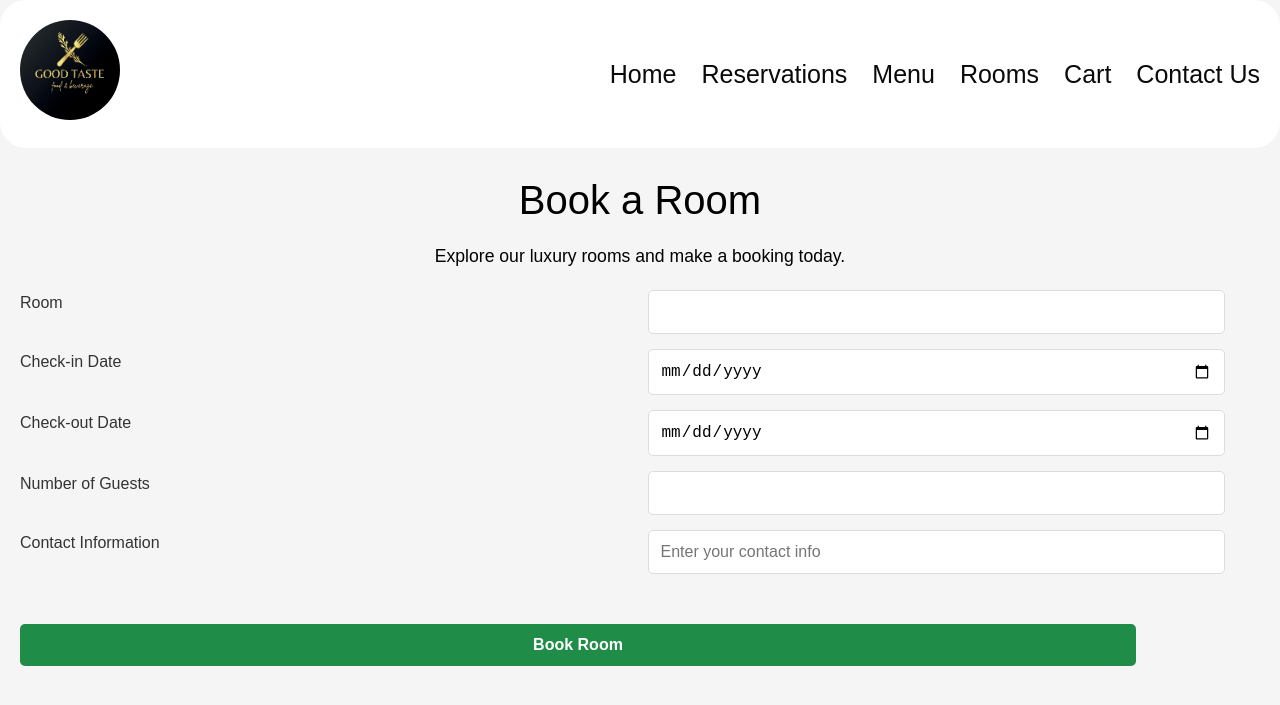
Repository: malingubarnice/Online-Reservation-System
Page: seperate_room.html
The author's editor kept a copy of each file at every save. The page is drawn from the files as they stood at one save, then again after the next save.
The browser window is 1280 px wide. The pictures show the whole page.

Above is the page before, as saved 2025-04-03 19:07:29.
Console error: TypeError: Cannot read properties of null (reading 'addEventListener')

### seperate_room.html
<!DOCTYPE html>
<html lang="en">
<head>
    <meta charset="UTF-8">
    <meta name="viewport" content="width=device-width, initial-scale=1.0">
    <title>Book a Room</title>
    <link rel="stylesheet" href="styles.css"> <!-- Link your existing CSS -->
</head>
<body>
    <!-- Navigation Bar -->
  <header>
    <div class="logo">
      <img src="assets/logo.jpg" alt="Copper Ivy Logo">
    </div>
    <nav class="navbar">
      <ul>
        <li><a href="index.html" class="home-link">Home</a></li>
        <li><a href="index.html" class="reservation-link">Reservations</a></li>
        <li><a href="#menu">Menu</a></li>
        <li><a href="#rooms">Rooms</a></li>
        <li><a href="#cart">Cart</a></li>
        <li><a href="#contact">Contact Us</a></li>
      </ul>
    </nav>
  </header>







    <!-- Rooms Section -->
    <section id="rooms">
        <h1>Book a Room</h1>
        <p>Explore our luxury rooms and make a booking today.</p>

        <div class="room-list">
            <!-- Room cards dynamically loaded -->
        </div>

        <!-- Booking Form -->
        <div class="reservation-form">
            <form action="send_room.php" method="post">
                <!-- Hidden input for room ID -->
                <input type="hidden" id="room_id" name="room_id">

                <label for="room-selection">Room</label>
                <input type="text" id="room-selection" name="room_name" readonly>

                <label for="check-in-date">Check-in Date</label>
                <input type="date" id="check-in-date" name="check_in_date" required>

                <label for="check-out-date">Check-out Date</label>
                <input type="date" id="check-out-date" name="check_out_date" required>

                <label for="guest-count">Number of Guests</label>
                <input type="number" id="guest-count" name="guest_count" min="1" required>

                <label for="contact-info">Contact Information</label>
                <input type="text" id="contact-info" name="contact-info" placeholder="Enter your contact info" required>

                <p id="price-display"></p>
                <input type="hidden" id="price" name="price">

                <button type="submit" class="reserve-btn">Book Room</button>
            </form>
        </div>
    </section>

    <script>
        document.addEventListener("DOMContentLoaded", function () {
            let today = new Date().toISOString().split("T")[0];

            // Set min date for reservations
            document.getElementById("check-in-date").setAttribute("min", today);

            // Update checkout date when check-in date is selected
            document.getElementById("check-in-date").addEventListener("change", function () {
                let checkInDate = this.value;
                document.getElementById("check-out-date").setAttribute("min", checkInDate);
            });
        });
    </script>

    <script src="roomjs.js"></script>

</body>
</html>

### styles.css
/* General Reset */
body, h1, h2, p, ul, li, a, button {
    margin: 0;
    padding: 0;
    box-sizing: border-box;
}

/* Body and Layout */
body {
    font-family: 'Arial', sans-serif;
    line-height: 1.6;
    background-color: #f5f5f5;
    color: #333;
}

/* Header */
header {
    display: flex;
    justify-content: space-between;
    align-items: center;
    padding: 20px;
    background: white;
    color: #fff;
    border-bottom: 2px solid #c4ccd4;
    border-radius: 26px;
    border-style: none;
}

header .logo img {
    height: 100px;
    border-radius: 50px;
}

header nav ul {
    display: flex;
    list-style: none;
}

header nav ul li {
    margin-left: 25px;
}

header nav ul li a {
    color: rgb(10, 10, 10);
    text-decoration: none;
    font-size: 25px;
    font-weight: 500;
    transition: color 0.3s;
}

header nav ul li a:hover {
    color: #eb2630;
}




/* Container for Features Section */
.features {
    display: flex;
    justify-content: flex-start;
    align-items: flex-start;
    flex-direction: row;  /* This will place the features next to each other */
    gap: 20px;  /* Adds space between each feature box */
    margin-left: 20px;  /* Adjust the space from the left */
  }

  /* Individual Feature Box */
  .feature {
    background-color: #fff;
    padding: 20px;
    margin-bottom: 15px;
    margin-top: 15px;
    box-shadow: 0 4px 8px rgba(0, 0, 0, 0.1);
    border-radius: 10px;
    flex: 1;  /* Makes each feature box take equal width */
  }

  /* Feature Header */
  .feature h2 {
    font-size: 22px;
    margin-bottom: 10px;
  }

  /* Feature Description */
  .feature p {
    font-size: 16px;
    color: white;
  }

  /* Optional: Adjusting feature links */
  .feature a {
    display: inline-block;
    background-color: #15ad4d;
    color: #fff;
    padding: 10px 20px;
    border-radius: 5px;
    text-decoration: none;
    transition: background-color 0.3s;
  }

  .feature a:hover {
    background-color: #1dd168;
  }




/* Reservations Section */
#reservations {
    padding: 50px 20px;
    background: #fff;
    margin: 20px auto;
    max-width: 900px;
    box-shadow: 0 8px 16px rgba(0, 0, 0, 0.1);
    border-radius: 10px;
}

#reservations h1 {
    font-size: 32px;
    margin-bottom: 20px;
    text-align: center;
    color: #2c3e50;
}

.reservation-form form {
    display: grid;
    grid-template-columns: 1fr 1fr;
    gap: 15px;
    margin-bottom: 30px;
}

.reservation-form label {
    font-size: 16px;
    color: #333;
}

.reservation-form input,
.reservation-form textarea,
.reserve-btn {
    padding: 12px;
    border: 1px solid #ddd;
    border-radius: 5px;
    font-size: 16px;
    transition: border-color 0.3s;
    width: 90%;
}

.reservation-form input:focus,
.reservation-form textarea:focus {
    border-color: #27ae60;
}

.reserve-btn {
    background-color: #1f8c47;
    color: #fff;
    font-weight: bold;
    cursor: pointer;
    border: none;
    transition: background-color 0.3s;
    grid-column: span 2;
}

.reserve-btn:hover {
    background-color: #10e669;
}

/* Table Layout */
.table-layout {
    margin-top: 20px;
    text-align: center;
}

.tables {
    display: grid;
    grid-template-columns: repeat(auto-fill, minmax(100px, 1fr));
    gap: 20px;
}

.tables .table {
    background-color: #ddd;
    padding: 20px;
    text-align: center;
    font-size: 18px;
    border-radius: 8px;
    cursor: pointer;
    transition: transform 0.3s, background-color 0.3s;
}

.tables .table:hover {
    transform: scale(1.1);
    background-color: #27ae60;
    color: #fff;
}




/* Menu Section */
#menu {
    padding: 50px 20px;
    background: #fff;
    margin: 20px auto;
    max-width: 900px;
    box-shadow: 0 8px 16px rgba(0, 0, 0, 0.1);
    border-radius: 10px;
}

.menu-items {
    display: grid;
    grid-template-columns: repeat(auto-fill, minmax(250px, 1fr));
    gap: 20px;
}

.menu-items .menu-item {
    background: #f4f4f4;
    padding: 20px;
    border-radius: 8px;
    box-shadow: 0 4px 8px rgba(0, 0, 0, 0.1);
    text-align: center;
    transition: transform 0.3s;
}

.menu-items .menu-item:hover {
    transform: scale(1.05);
    box-shadow: 0 8px 16px rgba(0, 0, 0, 0.2);
}

.menu-items img {
    max-width: 100%;
    border-radius: 5px;
}

/* Targeting buttons inside the #menu section */
#menu button {
    width: 100%;
    padding: 12px;
    background: #1f8c47;
    color: white;
    font-size: 16px;
    border: none;
    border-radius: 8px;
    cursor: pointer;
    transition: 0.3s;
}

#menu button:hover {
    background: #27ae60;
}


/* Footer */
footer {
    text-align: center;
    padding: 20px;
    background-color: whitesmoke;
    color: #fff;
    margin-top: 50px;
}

/* Responsive Design */
@media (max-width: 768px) {
    .features {
        flex-direction: column;
        align-items: center;
    }

    .feature {
        width: 100%;
        margin-bottom: 30px;
    }

    .reservation-form {
        grid-template-columns: 1fr;
    }

    .tables {
        grid-template-columns: 1fr 1fr;
    }

    .menu-items {
        grid-template-columns: 1fr 1fr;
    }
}

@media (max-width: 480px) {
    header {
        flex-direction: column;
        align-items: flex-start;
    }

    header nav ul {
        flex-direction: column;
        gap: 10px;
    }

    .hero h1 {
        font-size: 28px;
    }

    .hero p {
        font-size: 18px;
    }
}

/* Style for available tables */
.table {
    padding: 10px;
    margin: 10px;
    border: 1px solid #ccc;
    cursor: pointer;
    display: inline-block;
}

/* Highlight the selected table */
.table.selected {
    background-color: #4CAF50; /* Green background */
    color: white;
    border: 2px solid #fff;
}

/*stying order online section*/
#order-online {
    padding: 2rem;
}

.menu-item {
    border: 1px solid #ddd;
    margin: 1rem;
    padding: 1rem;
    text-align: center;
}
.order-form {
    margin-top: 2rem;
}
.order-total {
    font-weight: bold;
    margin-top: 1rem;
}


/*styling rooms*/
/* General styling for the Rooms Section */
#rooms {
    font-family: Arial, sans-serif;
    padding: 20px;
    background-color: #f5f5f5;
}

#rooms h1 {
    text-align: center;
    color: #333;
    font-size: 2.5rem;
    margin-bottom: 10px;
}

#rooms p {
    text-align: center;
    font-size: 1.1rem;
    color: #666;
    margin-bottom: 20px;
}

/* Room Listings */
.room-listings {
    display: grid;
    grid-template-columns: repeat(auto-fill, minmax(250px, 1fr));
    gap: 20px;
    margin-bottom: 30px;
}

.room-card {
    background-color: white;
    border-radius: 8px;
    box-shadow: 0 4px 6px rgba(0, 0, 0, 0.1);
    padding: 15px;
    text-align: center;
    transition: transform 0.3s ease-in-out;
}

.room-card:hover {
    transform: translateY(-5px);
}

.room-card img {
    width: 100%;
    height: 180px;
    object-fit: cover;
    border-radius: 8px;
}

.room-card h3 {
    font-size: 1.5rem;
    color: #333;
    margin: 15px 0;
}

.room-card p {
    font-size: 1.1rem;
    color: #777;
}

.room-card .price {
    font-size: 1.2rem;
    font-weight: bold;
    color: #1f8c47;
    margin-top: 10px;
}

.room-card button {
    background-color: #1f8c47;
    color: white;
    padding: 10px 15px;
    font-size: 1rem;
    border: none;
    border-radius: 5px;
    cursor: pointer;
    transition: background-color 0.3s;
}

.room-card button:hover {
    background-color: #27ae60;
}


/* New class for hiding the form */
.booking-form.hidden {
    display: none;
}

/* Booking Form Styling */
.booking-form {
    background-color: white;
    padding: 20px;
    border-radius: 8px;
    box-shadow: 0 4px 6px rgba(0, 0, 0, 0.1);
    width: 70%;
    max-width: 600px;
    margin: 0 auto;
}

.booking-form h2 {
    text-align: center;
    color: #333;
    font-size: 2rem;
    margin-bottom: 15px;
}

.booking-form form {
    display: flex;
    flex-direction: column;
    gap: 15px;
}

.booking-form label {
    font-size: 1.1rem;
    color: #333;
}

.booking-form select,
.booking-form input {
    padding: 10px;
    font-size: 1rem;
    border: 1px solid #ccc;
    border-radius: 5px;
    width: 100%;
}

.booking-form button {
    background-color: #1f8c47;
    color: white;
    padding: 12px 20px;
    font-size: 1.1rem;
    border: none;
    border-radius: 5px;
    cursor: pointer;
    transition: background-color 0.3s;
}

.booking-form button:hover {
    background-color: #27ae60;
}

/* Confirmation Message */
#confirmation-message {
    font-size: 1.2rem;
    color: #333;
    margin-top: 20px;
    text-align: center;
    display: none; /* Hidden initially */
}

#confirmation-message.success {
    color: #4caf50;
}

#confirmation-message.error {
    color: #f44336;
}



/* Container for styling the rooms */
.room-list {
    display: flex;
    flex-wrap: wrap; /* Allows room cards to wrap to the next line when necessary */
    justify-content: center; /* Centers the room cards horizontally */
    gap: 20px; /* Adds space between cards */
    max-width: 80%; /* Makes the container occupy 80% of the page */
    margin: 0 auto; /* Centers the container horizontally */
}

/* Individual room card */
.room-card {
    width: 30%; /* Makes each card take up about 30% of the container's width */
    max-width: 300px; /* Optional: Set a max width for the cards */
    margin: 10px;
    padding: 15px;
    text-align: center;
    box-shadow: 0 4px 8px rgba(0, 0, 0, 0.1);
    background-color: #fff;
    border-radius: 10px;
    box-sizing: border-box;
}

/* Image inside room card */
.room-card img {
    width: 100%; /* Ensures the image stretches across the container */
    height: auto; /* Keeps aspect ratio intact */
    object-fit: contain; /* Ensures the full image is visible */
}

@media (max-width: 768px) {
    .room-card {
        width: 100%; /* Makes room cards stack on smaller screens */
    }
}

/* Target the specific booking room section and make the font weight lighter */
#rooms {
    color: black; /* Keeps the text color black */
    font-weight: lighter; /* Makes the font weight lighter */
}

/* Target the room cards within the booking room section */
#rooms .room-card {
    color: black; /* Ensures room card text is black */
    font-weight: lighter; /* Makes the room card text lighter */
}

/* You can also target specific elements like titles and descriptions, if necessary */
#rooms h1, #rooms p, #rooms .room-name, #rooms .room-description {
    color: black; /* Sets the text to black */
    font-weight: lighter; /* Reduces the font weight */
}

### roomjs.js
document.addEventListener('DOMContentLoaded', function () {
    // Fetch room data and display rooms dynamically
    fetch('get_room.php')
      .then(response => response.json())
      .then(data => {
        if (Array.isArray(data)) {
          displayRooms(data);
        } else {
          console.error('Error fetching rooms:', data.message);
        }
      })
      .catch(error => console.error('Error fetching room data:', error));
});

// Function to display room cards
function displayRooms(rooms) {
    const roomListContainer = document.querySelector('.room-list');
    roomListContainer.innerHTML = ""; // Clear previous content

    rooms.forEach(room => {
        const roomHTML = `
            <div class="room-card">
                <img src="${room.image_url}" alt="${room.room_name}" style="width: 100%; height: 200px; object-fit: cover;">
                <h2>${room.room_name}</h2>
                <p>Type: ${room.room_type}</p>
                <p>Capacity: ${room.capacity} guests</p>
                <p>${room.description}</p>
                <p>Price: KSh ${room.price_per_night.toLocaleString()}</p>
                <button onclick="selectRoom(${room.room_id}, '${room.room_name}', ${room.price_per_night})">Book Now</button>
            </div>
        `;
        roomListContainer.innerHTML += roomHTML;
    });
}

// Function to select a room for booking
function selectRoom(roomId, roomName, price) {
    console.log(`Room selected: ${roomName} (ID: ${roomId})`);

    document.getElementById('room-selection').value = roomName;
    document.getElementById('room_id').value = roomId;
    document.getElementById('price').textContent = `KSh ${price.toLocaleString()}`;
    document.querySelector('.reservation-form').style.display = 'block'; // Show the booking form
}

// Handle form submission for room booking
document.getElementById('room-booking-form').addEventListener('submit', function (event) {
    event.preventDefault(); // Prevent the form from reloading the page

    const roomId = document.getElementById('room_id').value;
    const checkInDate = document.getElementById('check-in-date').value;
    const checkOutDate = document.getElementById('check-out-date').value;
    const guestCount = document.getElementById('guest-count').value;
    const contactInfo = document.getElementById('contact-info').value;

    const today = new Date();
    const checkIn = new Date(checkInDate);
    const checkOut = new Date(checkOutDate);

    today.setHours(0, 0, 0, 0);
    checkIn.setHours(0, 0, 0, 0);
    checkOut.setHours(0, 0, 0, 0);

    // Check for invalid dates
    if (checkIn < today) {
        alert("Check-in date cannot be in the past.");
        return;
    }

    if (checkIn >= checkOut) {
        alert("Check-out date must be after check-in date.");
        return;
    }

    // Submit booking data via fetch
    fetch('book_room.php', {
        method: 'POST',
        body: JSON.stringify({
            room_id: roomId,
            check_in_date: checkInDate,
            check_out_date: checkOutDate,
            guest_count: guestCount,
            contact_info: contactInfo
        }),
        headers: {
            'Content-Type': 'application/json'
        }
    })
    .then(response => response.json())
    .then(data => {
        if (data.status === 'success') {
            alert('Booking confirmed! Email sent.');
            // Optionally, redirect to a confirmation page or reload
            window.location.href = "confirmation.php";
        } else {
            alert('Error: ' + data.message);
        }
    })
    .catch(error => console.error('Error:', error));
});

After the next save:
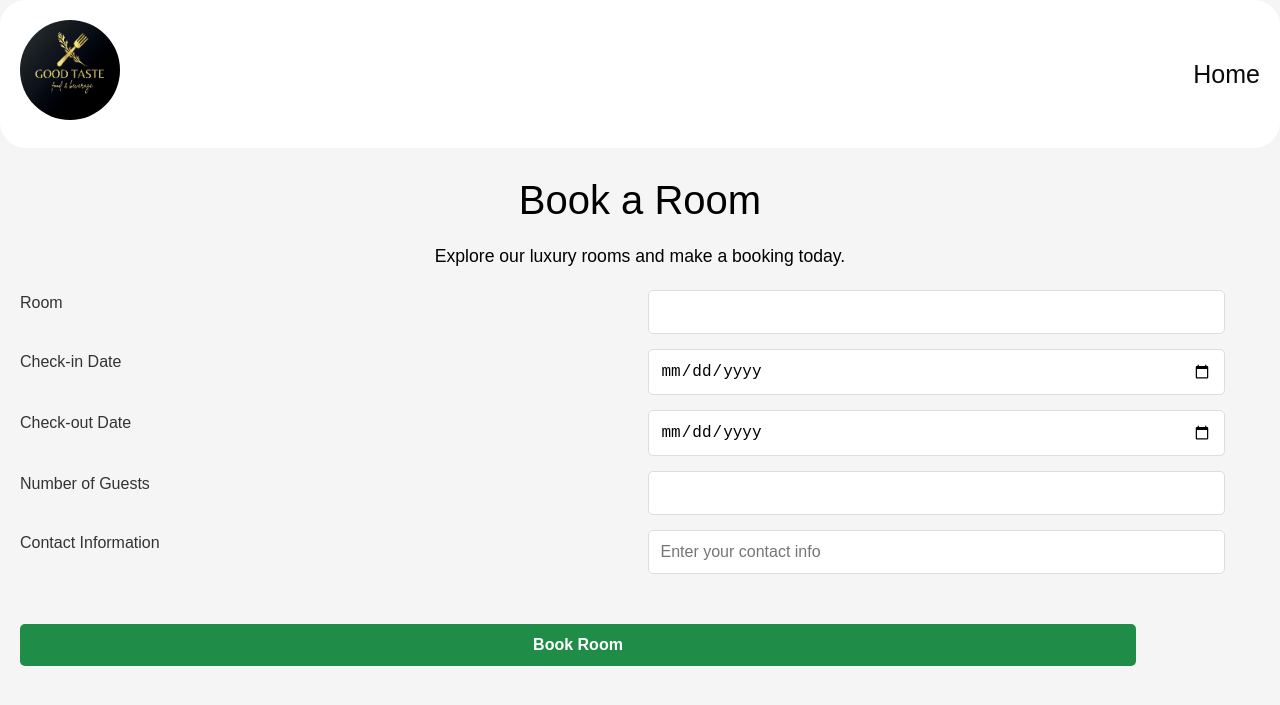
Saved 61 s later.
--- a/seperate_room.html
+++ b/seperate_room.html
@@ -15,11 +15,7 @@
     <nav class="navbar">
       <ul>
         <li><a href="index.html" class="home-link">Home</a></li>
-        <li><a href="index.html" class="reservation-link">Reservations</a></li>
-        <li><a href="#menu">Menu</a></li>
-        <li><a href="#rooms">Rooms</a></li>
-        <li><a href="#cart">Cart</a></li>
-        <li><a href="#contact">Contact Us</a></li>
+
       </ul>
     </nav>
   </header>
